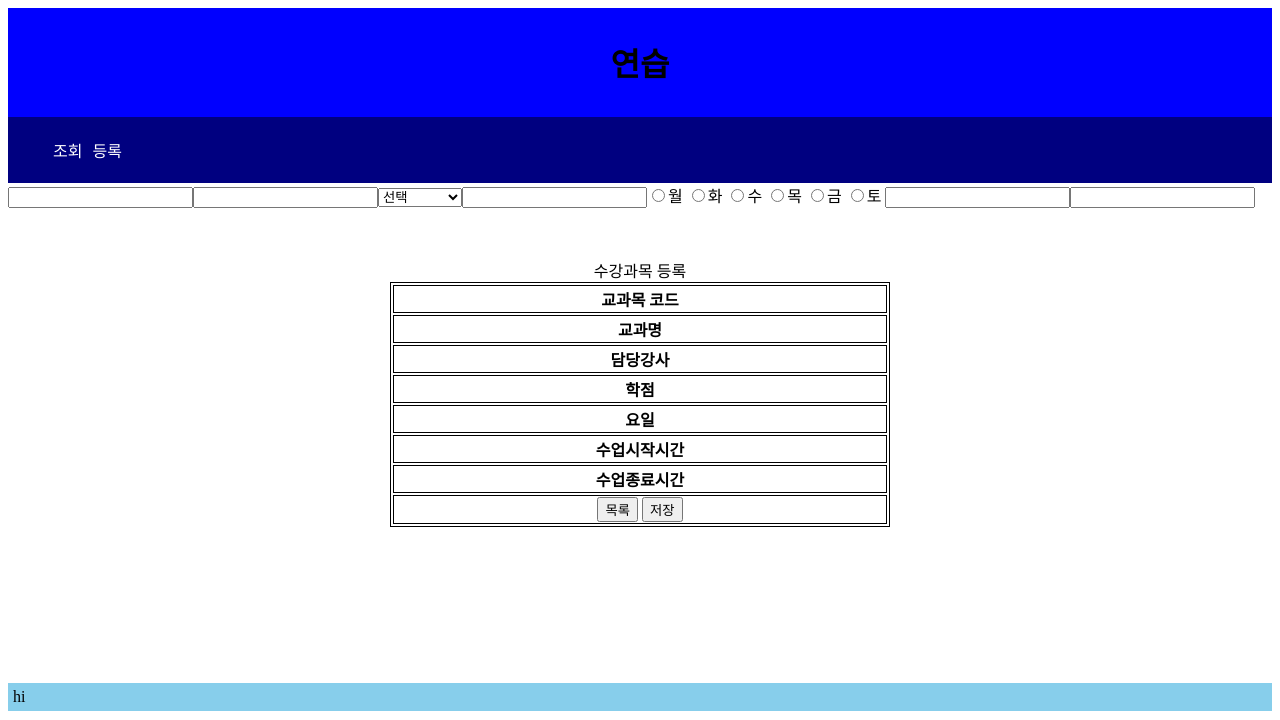
Repository: hoger96/java
Page: http://localhost/HY/reg
An editor plug-in stored every save of this project. The page is shown before and after the next save, followed by the edit.
The browser window is 1280 px wide. The pictures show the whole page.
The page is served by Tomcat 9.

Above is the page before, as saved 2023-02-02 08:01:29.

After the next save:
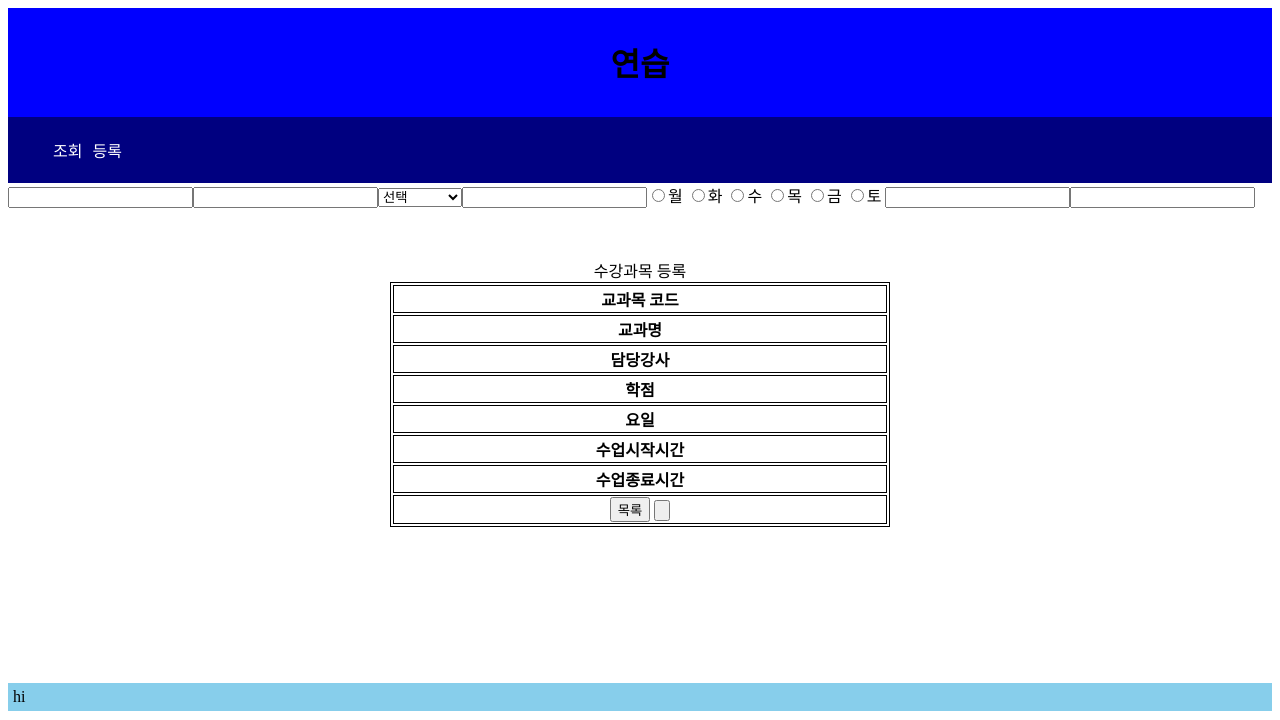
Saved 76 s later.
--- a/HY/src/main/webapp/WEB-INF/views/reg.jsp
+++ b/HY/src/main/webapp/WEB-INF/views/reg.jsp
@@ -68,8 +68,8 @@
 			</tr>
 			<tr>
 				<td class="main" colsphan="2">
-					<button>목록</button>
-					<button>저장</button>
+					<input type="button" value="목록" onclick="window.location='HY/list'">
+					<input type="button" vlaue="저장" onclick="save()">
 				</td>
 			</tr>
 		</table>
